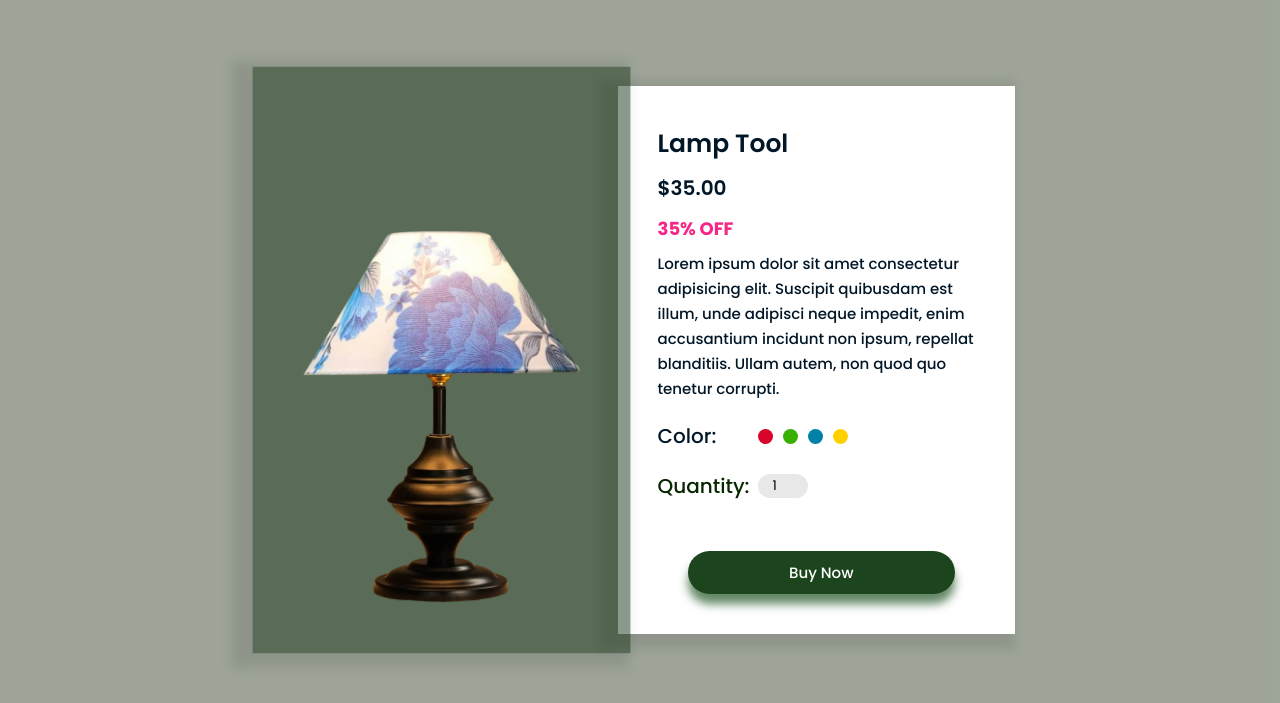
Repository: doua184/CasaLux
Page: single2.html
An editor plug-in stored every save of this project. The page is shown before and after the next save, followed by the edit.
The browser window is 1280 px wide. The pictures show the whole page.

Above is the page before, as saved 2025-04-05 19:44:47.

After the next save:
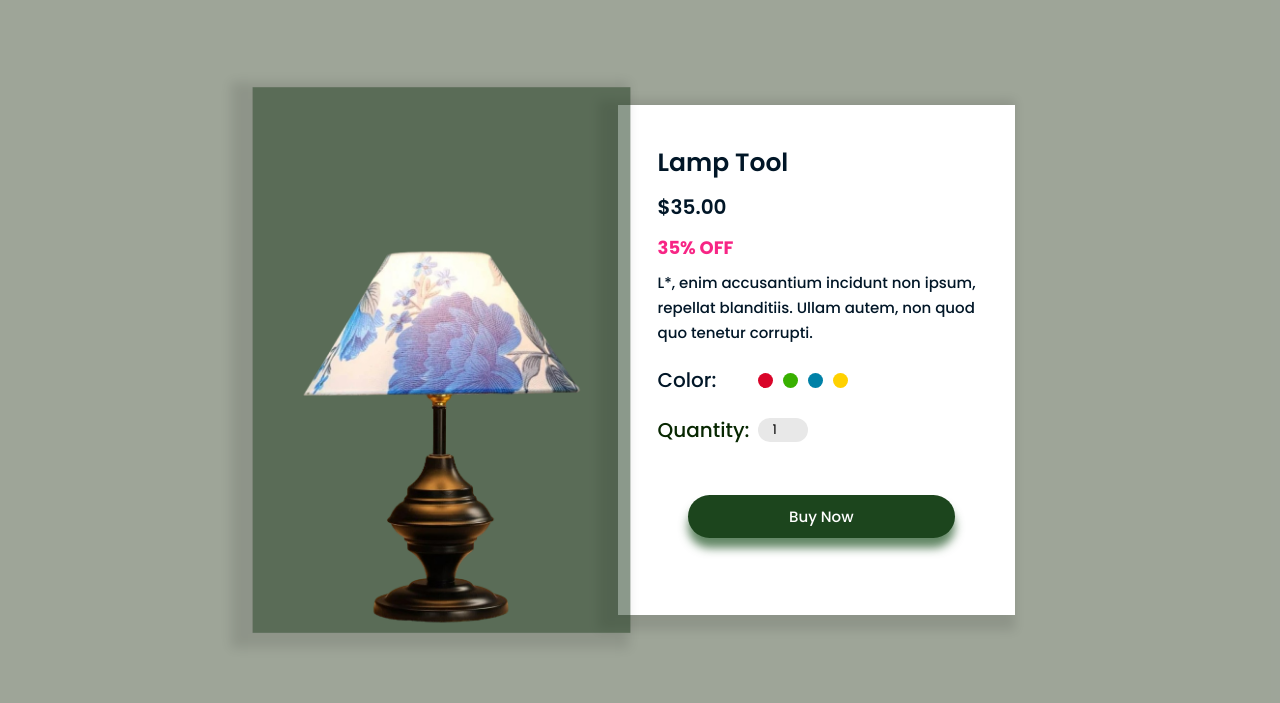
Saved 2 min 17 s later.
--- a/single2.html
+++ b/single2.html
@@ -19,7 +19,7 @@
                     <h2>Lamp Tool</h2>
                     <h3>$35.00</h3>
                     <h4>35% OFF</h4>
-                    <p>Lorem ipsum dolor sit amet consectetur adipisicing elit. Suscipit quibusdam est illum, unde adipisci neque impedit, enim accusantium incidunt non ipsum, repellat blanditiis. Ullam autem, non quod quo tenetur corrupti.</p>
+                    <p>L*, enim accusantium incidunt non ipsum, repellat blanditiis. Ullam autem, non quod quo tenetur corrupti.</p>
                 </div>
 
                 <div class="colors">
